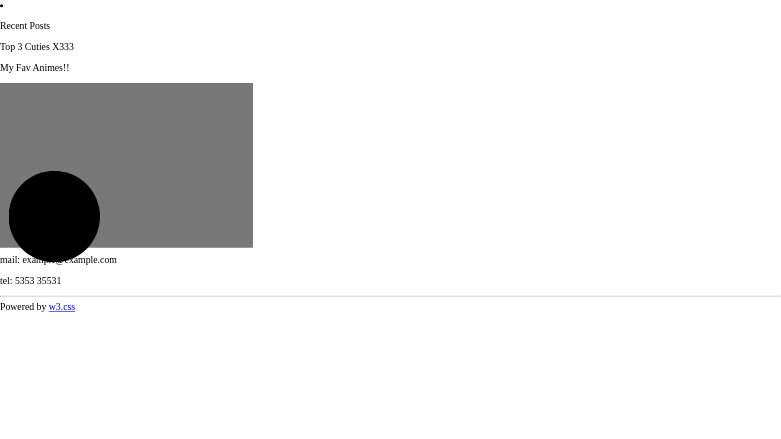
Repository: Jennica1/Frontend-Final
Page: index.html
The author's editor kept a copy of each file at every save. The page is drawn from the files as they stood at one save, then again after the next save.
The browser window is 1280 px wide. The pictures show the whole page, at 61% of full size.

Above is the page before, as saved 2024-05-09 21:03:06.

### index.html
<!DOCTYPE html>
<html lang="en">

<head>
  <title>My Blog!!</title>
  <meta charset="UTF-8">
  <meta name="viewport" content="width=device-width, initial-scale=1">
  <link rel="stylesheet" href="style.css">

<body>

  <!-- Header -->
  <header class="header">
    <li>
      <p>Recent Posts</p>
      <p>Top 3 Cuties X333</p>
      <p>My Fav Animes!!</p>
    </li>
  </header>

  <!--Side Nav Left-->
  <div class="sidebar-left">
    <img src="images/Ellipse 1.svg" class="profile" width="150px" />
    <img src="images/Rectangle 2.svg" class="background-photo" />
  </div>

   <!--Side Nav Right-->
   <div class="sidebar-right">
    <img src="images/Rectangle 2.svg" class="background-photo" />
  </div>


  <!-- Overlay effect when opening sidebar on small screens -->
  <div class="" onclick="w3_close()" style="" title="" id="myOverlay"></div>

  <!-- !PAGE CONTENT! -->
  <div class="" style="">

    <!-- Push down content on small screens -->
    <div class="" style=""></div>

    <!-- Photo grid -->
    <div class="">
      <div class="w3-third">
        <img src="" style="width:100%" onclick="onClick(this)" alt="">
        <img src="" style="width:100%" onclick="onClick(this)" alt="">
        <img src="" style="width:100%" onclick="onClick(this)" alt="">
      </div>

      <div class="">
        <img src="" style="width:100%" onclick="onClick(this)" alt="">
        <img src="" style="width:100%" onclick="onClick(this)" alt="">
        <img src="" style="width:100%" onclick="onClick(this)" alt="">
      </div>

      <div class="">
        <img src="" style="width:100%" onclick="onClick(this)" alt="">
        <img src="" style="width:100%" onclick="onClick(this)" alt="">
        <img src="" style="width:100%" onclick="onClick(this)" alt="">
      </div>
    </div>

    <!-- Pagination -->
    <div class="">
      <div class="">
        <a href="#" class="">«</a>
        <a href="#" class="">1</a>
        <a href="#" class="">2</a>
        <a href="#" class="">3</a>
        <a href="#" class="">4</a>
        <a href="#" class="">»</a>
      </div>
    </div>

    <!-- Modal for full size images on click-->
    <div id="modal01" class="" style="" onclick="this.style.display='none'">
      <span class="">×</span>
      <div class="">
        <img id="" class="">
        <p id="caption"></p>
      </div>
    </div>

    <!-- About section -->
    <div class="" id="about">
      <h4><b>About Me</b></h4>
      <img src="" alt="Me" class="" width="600" height="650">
      <div class="" style="">
        <h4>My Name</h4>
        <p>Some text about me. I love taking photos of PEOPLE.
        </p>
        <p>mail: example@example.com</p>
        <p>tel: 5353 35531</p>
        <hr class="">

        <!-- Footer -->
        </footer>

        <div class="w3-black w3-center w3-padding-24">Powered by <a href="https://www.w3schools.com/w3css/default.asp"
            title="W3.CSS" target="_blank" class="w3-hover-opacity">w3.css</a></div>

        <!-- End page content -->
      </div>

      <script>
        function w3_open() {
          document.getElementById("mySidebar").style.display = "block";
          document.getElementById("myOverlay").style.display = "block";
        }

        function w3_close() {
          document.getElementById("mySidebar").style.display = "none";
          document.getElementById("myOverlay").style.display = "none";
        }

        // Modal Image Gallery
        function onClick(element) {
          document.getElementById("img01").src = element.src;
          document.getElementById("modal01").style.display = "block";
          var captionText = document.getElementById("caption");
          captionText.innerHTML = element.alt;
        }
      </script>


</body>

</html>

### style.css
body {
  display: flex;
  justify-content: center;
  flex-direction: column;
  min-height: 100%;
  margin: 0;
}

.sidebar {
  display: flex;
  width: 415px;
  height: 1980px;
  background-color: rgb(221, 221, 221);
  z-index: 0;
}

.profile {
  z-index: 1;
  position: absolute;
  margin-top: 20vh;
  margin-left: 2vh;
}

.background-photo {
  z-index: 0;
  position: absolute;
}

After the next save:
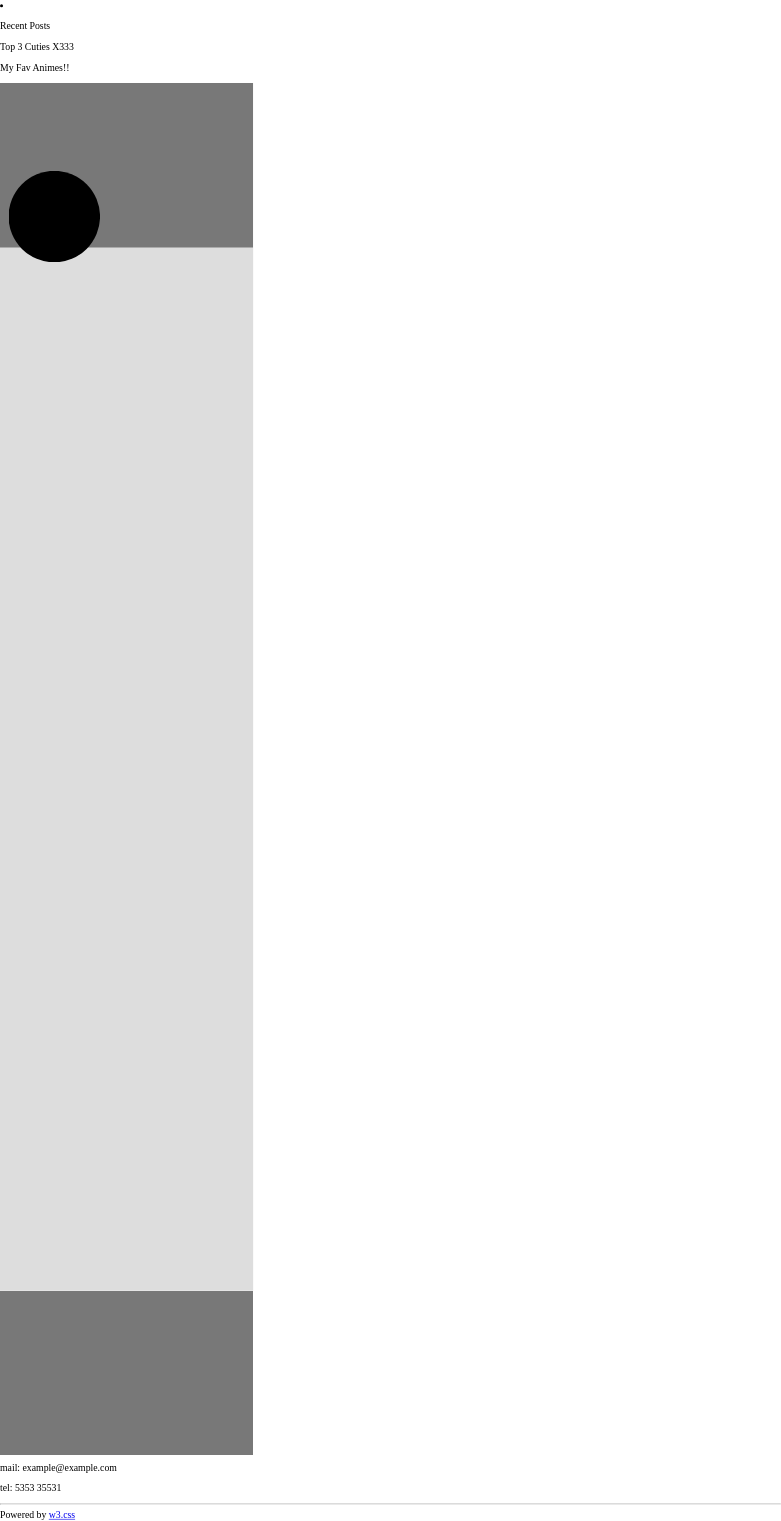
Saved 4 s later.
--- a/style.css
+++ b/style.css
@@ -6,7 +6,7 @@ body {
   margin: 0;
 }
 
-.sidebar {
+.sidebar-left {
   display: flex;
   width: 415px;
   height: 1980px;
